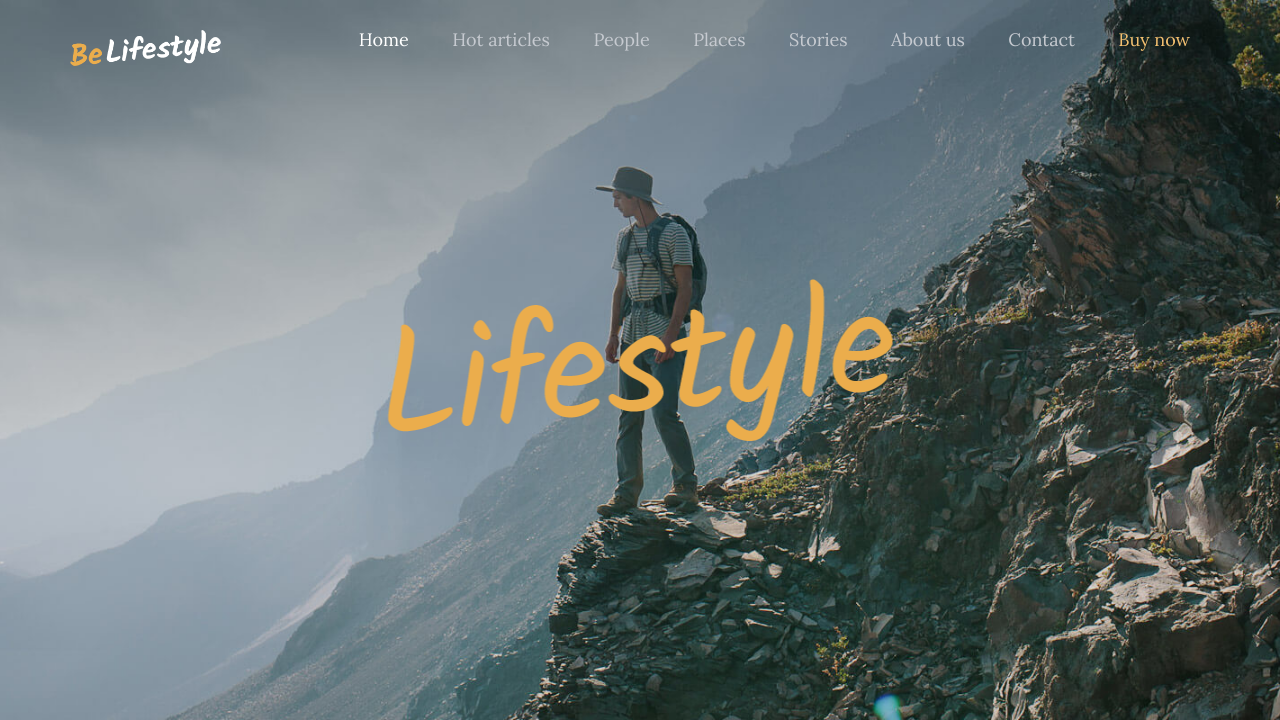
Repository: MalgorzataMazur/BeLife
Page: index.html
These files come from the project's save history. The page is drawn as it stood at one moment and after the next save; the edit follows.
The browser window is 1280 px wide. The pictures show the whole page.

Above is the page before, as saved 2019-10-31 17:53:08.

### index.html
<!DOCTYPE html>
<html lang="en-US">
<head>
    <link rel="stylesheet" href="vendors/css/normalize.css">
    <link rel="stylesheet" href="vendors/css/grid.css">
    <link rel="stylesheet" type="text/css" href="resources/css/style.css">
    <link href="https://fonts.googleapis.com/css?family=Lora:400,400i,700,700i&display=swap" rel="stylesheet">
    <title>BeLifestyle</title>
    <meta charset="UTF-8">
    <meta name="viewport" content="width=device-width, initial-scale=1.0">
    <meta http-equiv="X-UA-Compatible" content="ie=edge">
    <title>Document</title>
</head>
<body>
    <header>
        <nav>
            <div class="row">
                <img src="resources/img/retina-lifestyle.png" alt="BeLifestyle logo" class="logo">
                <ul class="main-nav">
                    <li><a href="/home">Home</a></li>
                    <li><a href="#">Hot articles</a></li>
                    <li><a href="#">People</a></li>
                    <li><a href="#">Places</a></li>
                    <li><a href="#">Stories</a></li>
                    <li><a href="#">About us</a></li>
                    <li><a href="#">Contact</a></li>
                    <li><a href="/buy">Buy now</a></li>

                </ul>

            </div>
        </nav>
        <div class="hero-logo-box">
            <h1><img src="resources/css/img/home_lifestyle_slogan.png"></h1>
        </div>

    </header>




</body>
</html>

### resources/css/style.css
/* ---------BASIC SETUP---------- */
* {
    margin: 0;
    padding: 0;
    box-sizing: border-box;
}

html {
    color: #9d9fa0;
    font-family: "Lora", Arial, Tahoma, sans-serif;
    font-weight: 400;
    font-size: 13px;

}

/* ---------REAUSABLE COMPONENTS---------- */
.row {
    max-width: 1140px;
    margin: 0 auto;
}

/* ---------HEADINGS---------- */
h1 {
    margin: 0;
    position: absolute;
    left: 50%;
    top: 50%;
    transform: translate(-50%,-50%);
    width: 505px;
    height: 162px;

}

/* ---------HEADER---------- */
header {
    background-image:  url(img/home_lifestyle_blog_sectionbg1.jpg);
    background-size: cover;
    background-position: center;
    height: 100vh;
}

.hero-logo-box {
    width: 1140px;
}

.logo {
    height: 36px;
    width: auto;
    margin-top: 30px;
    float: left;

}

.main-nav {
    float: right;
    list-style: none;

}
.main-nav li {
    display: inline-block;
    font-size: 18px;
    margin-top: 30px;
    padding: 0 20px;
}

.main-nav li a {
    color: #C6CAD0;
    text-decoration: none;
}

ul li a[href="/home"] {
    color: #ffffff;
    font-weight: 400;

}

ul li a[href="/buy"] {
    color: #f3c070;
}

Loaded but not shown: vendors/css/normalize.css (library); vendors/css/grid.css (library)

After the next save:
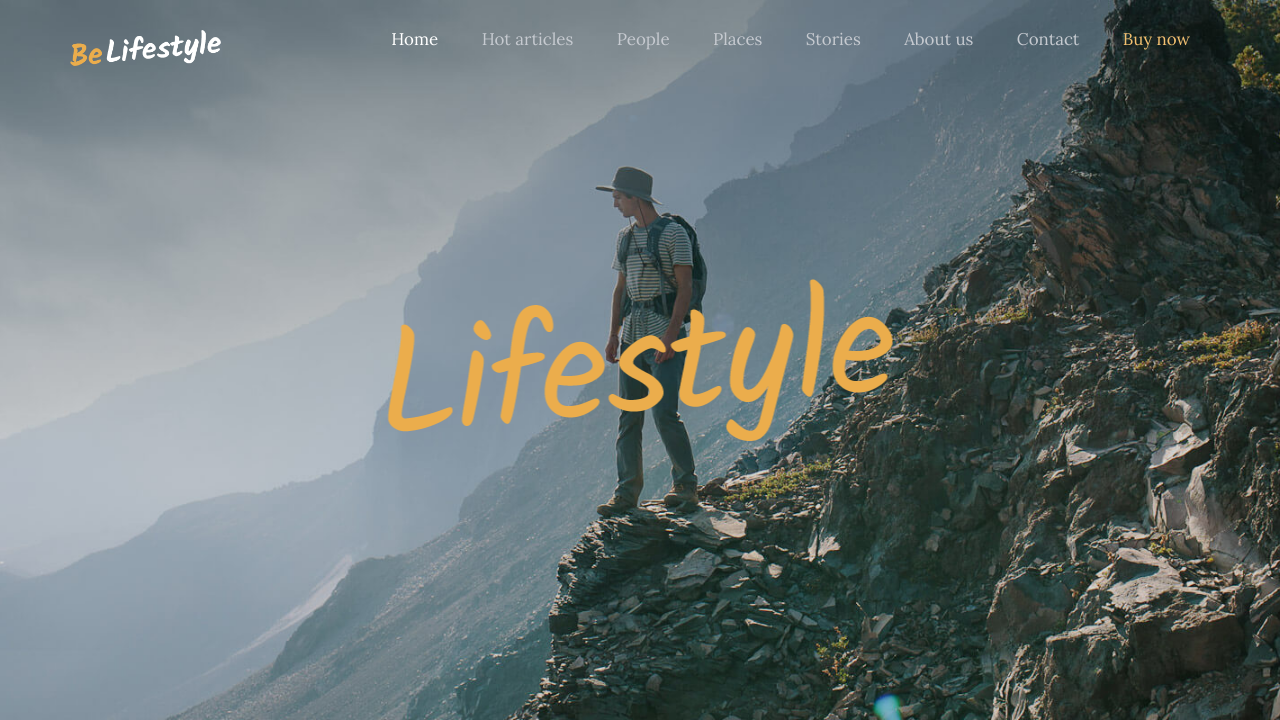
Saved 3 min 11 s later.
--- a/resources/css/style.css
+++ b/resources/css/style.css
@@ -58,7 +58,7 @@ header {
 }
 .main-nav li {
     display: inline-block;
-    font-size: 18px;
+    font-size: 130%;
     margin-top: 30px;
     padding: 0 20px;
 }
